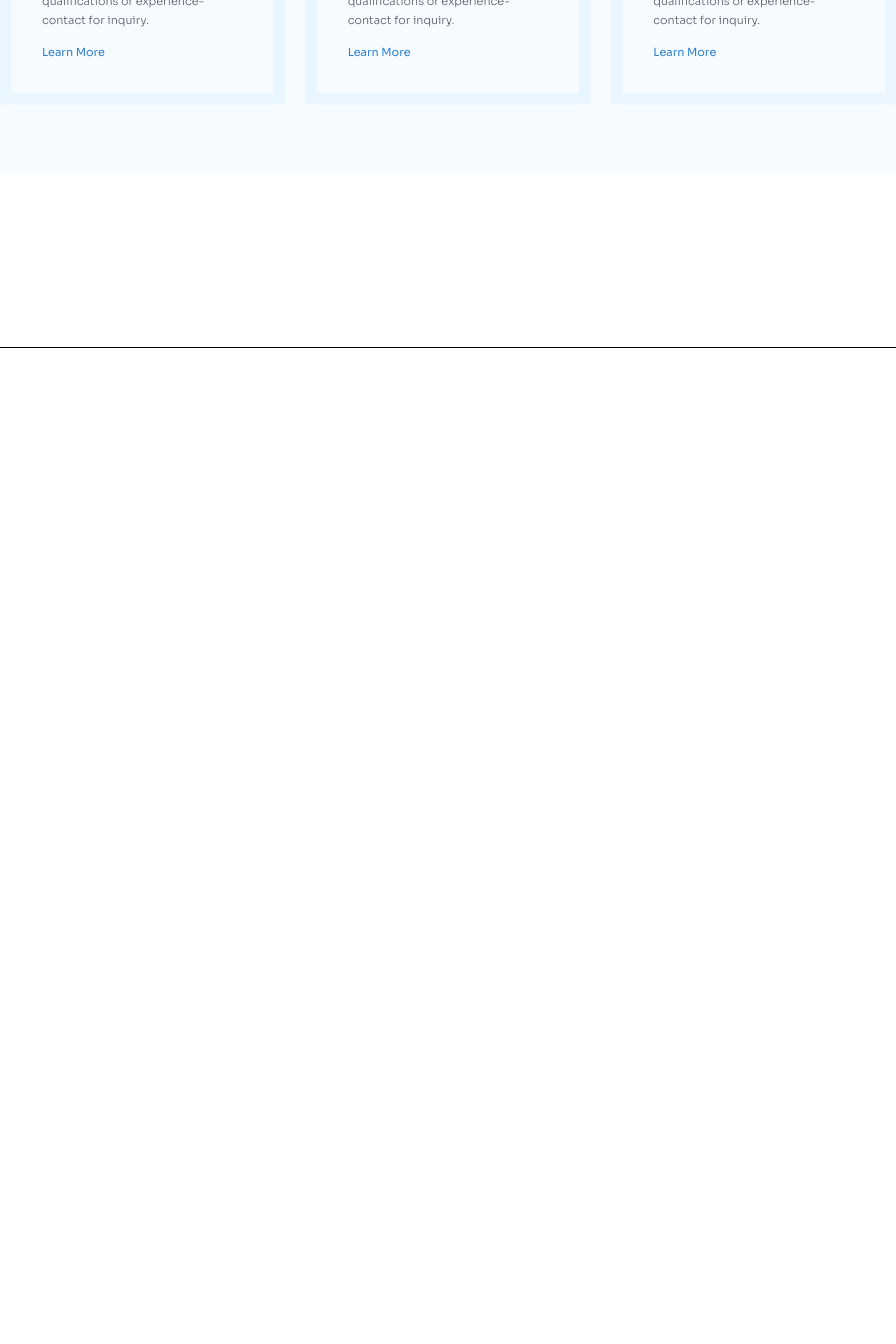
Repository: dongnguyen2112/htmlcss-project-03
Page: index.html
These files come from the project's save history. The page is drawn as it stood at one moment and after a run of saves; the edit follows.
The browser window is 1280 px wide. The pictures show the part of the page from y = 2408 to 4328 px (the page is 5720 px tall), at 70% of full size.

Above is the page before, as saved 2023-08-02 20:30:22.

After the next 3 saves:
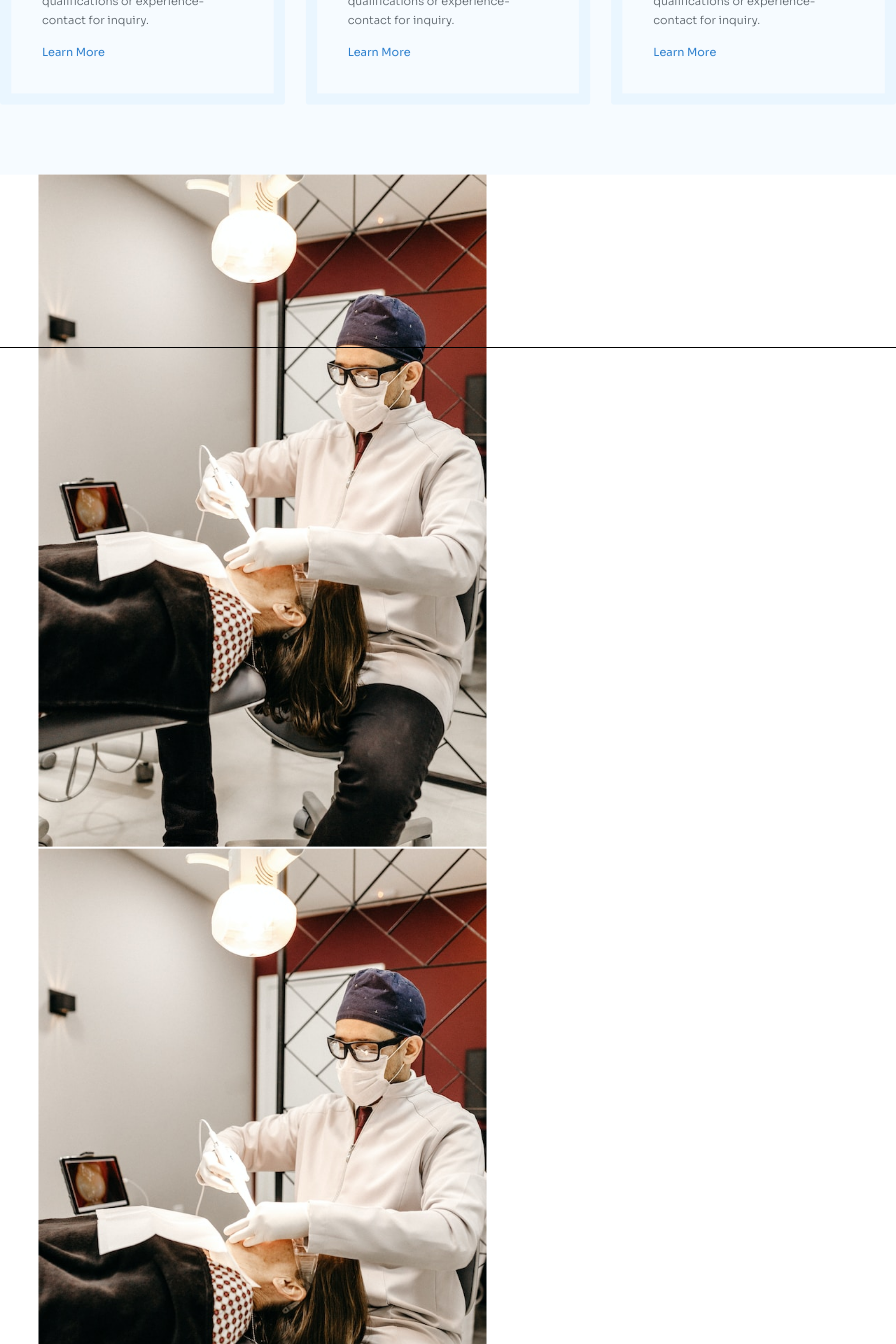
The 3 saves are shown as one change because they came seconds apart.
The last was saved 3 min 49 s later.
--- a/index.html
+++ b/index.html
@@ -314,8 +314,8 @@
             <div class="feature">
                 <div class="container">
                     <div class="feature__media">
-                        <img src="" alt="" class="feature__media">
-                        <img src="" alt="" class="feature__media">
+                        <img src="./assets/img/feature__1.jpg" alt="" class="feature__media">
+                        <img src="./assets/img/feature__1.jpg" alt="" class="feature__media">
                     </div>
                 </div>
             </div>
